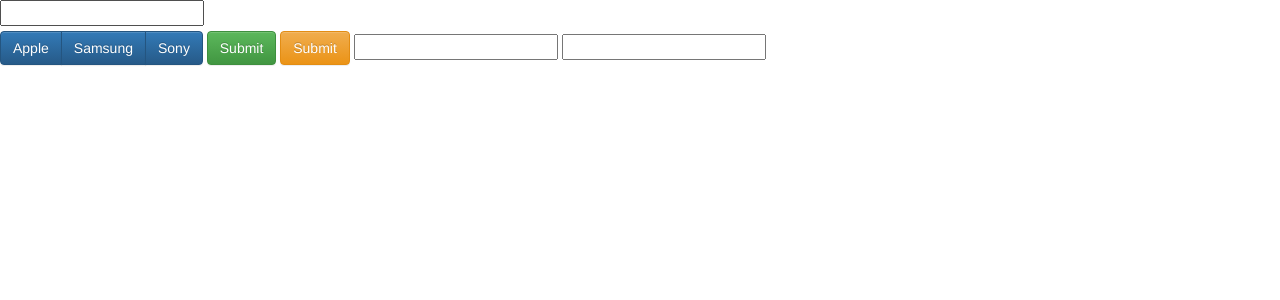
Repository: ManojAndroid/WellcomeToAndroidApp
Page: AddressBook_App/Bootstrap_Project/WebContent/index.html
An editor plug-in stored every save of this project. The page is shown before and after the next save, followed by the edit.
The browser window is 1280 px wide. The pictures show the whole page.

Above is the page before, as saved 2017-04-18 11:29:44.
Console error (its wording comes from the project's code and is left out).

After the next save:
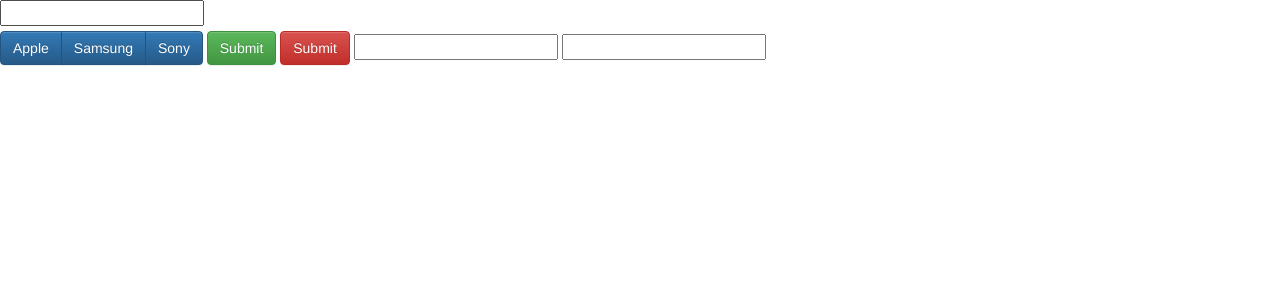
Saved 75 s later.
--- a/AddressBook_App/Bootstrap_Project/WebContent/index.html
+++ b/AddressBook_App/Bootstrap_Project/WebContent/index.html
@@ -27,7 +27,7 @@
   <button type="button" class="btn btn-primary">Sony</button>
 </div>
 <label><input type="submit" class="btn btn-success"></label>
-<label><input type="submit"class="btn btn-warning"></label>
+<label><input type="submit"class="btn btn-danger"></label>
 <label><input type="AddPerson"></label>
 <label><input type="AddPerson"></label>
 
